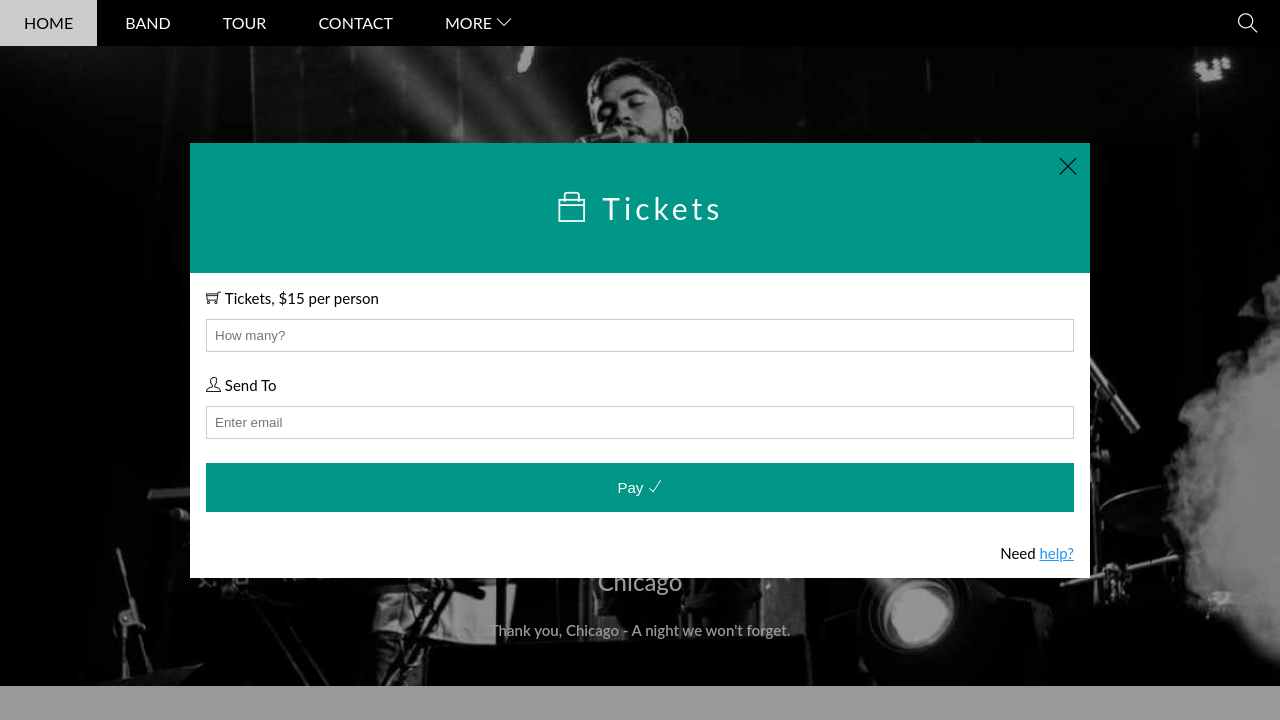
Repository: tatvanhco/web-dau-tay
Page: index.html
These files come from the project's save history. The page is drawn as it stood at one moment and after the next save; the edit follows.
The browser window is 1280 px wide. The pictures show the window.
The pointer rests on the first visible `button.buy-titkets`.
A layer covers the whole window, so only the first screen is drawn.

Above is the page before, as saved 2022-01-24 18:10:46.

After the next save:
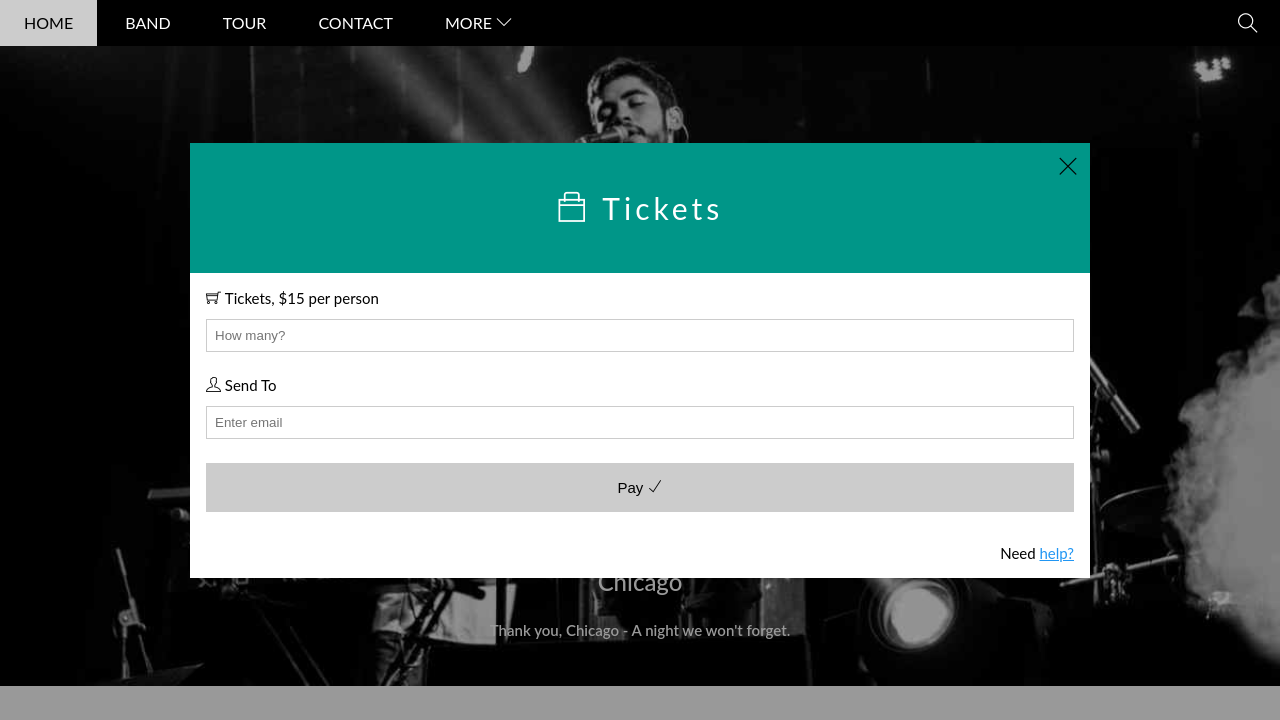
Saved 59 s later.
--- a/assets/css/style.css
+++ b/assets/css/style.css
@@ -434,6 +434,11 @@ button.buy-titkets {
     color: #fff;
 }
 
+button.buy-titkets:hover {
+    background-color: #ccc;
+    color: #000;
+}
+
 p.modal-help {
     float: right;
     padding: 16px;
